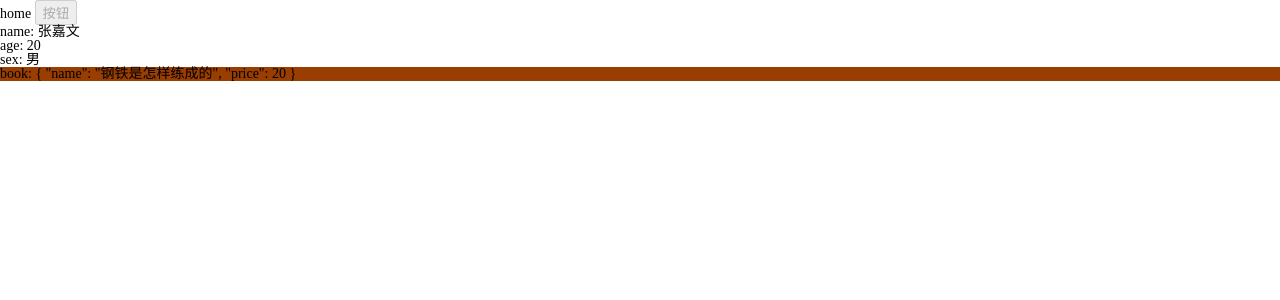
Repository: 596178924/vue3-ts-app
Page: /
An editor plug-in stored every save of this project. The page is shown before and after the next save, followed by the edit.
The browser window is 1280 px wide. The pictures show the whole page.
The project was rebuilt for these pictures with package versions that can differ from the ones it lists, and the page was loaded fresh each time. Also part of the build but not shown: vite.config.ts.

Above is the page before, as saved 2022-11-09 16:29:55.

### index.html
<!DOCTYPE html>
<html lang="zh">

<head>
  <meta charset="UTF-8" />
  <link rel="icon" type="image/svg+xml" href="/vite.svg" />
  <meta name="viewport" content="width=device-width, initial-scale=1.0" />
  <title>
    ts
  </title>
</head>

<body>
  <noscript>
    <strong>We're sorry but this doesn't work properly without JavaScript enabled.
        Please enable it to continue.</strong>
  </noscript>
  <div id="app"></div>
  <script type="module" src="/src/main.ts"></script>
</body>

</html>

### src/main.ts
import { createApp } from 'vue';
import AppElement from './App.vue'
import pluginInstall from "@/plugins"
import Router from "@/router"

(() => {
    const app = createApp(AppElement);
    app.use(pluginInstall);
    app.use(Router);
    app.mount('#app');
})()

### src/App.vue
<style lang="less">
@import '@/styles/index.less';
</style>

<template>
	<router-view></router-view>
</template>

<script setup lang="ts">
</script>

### src/plugins/index.ts
import { App } from "@vue/runtime-core";
import piniaInstall from "@/store";
export default function install(app: App) {
	app.use(piniaInstall);
}

### src/router/index.ts
import { createRouter, createWebHistory } from 'vue-router';
import routes from "./routes"
const router = createRouter({
    history: createWebHistory(),
    routes,
});

export default router;

### src/styles/index.less
@import './resetCss.less';

### src/styles/resetCss.less
/* http://meyerweb.com/eric/tools/css/reset/
   v2.0 | 20110126
   License: none (public domain)
*/
html, body, div, span, applet, object, iframe,
h1, h2, h3, h4, h5, h6, p, blockquote, pre,
a, abbr, acronym, address, big, cite, code,
del, dfn, em, img, ins, kbd, q, s, samp,
small, strike, strong, sub, sup, tt, var,
b, u, i, center,
dl, dt, dd, ol, ul, li,
fieldset, form, label, legend,
table, caption, tbody, tfoot, thead, tr, th, td,
article, aside, canvas, details, embed,
figure, figcaption, footer, header, hgroup,
menu, nav, output, ruby, section, summary,
time, mark, audio, video {
	margin: 0;
	padding: 0;
	border: 0;
	font: inherit;
	vertical-align: baseline;
}
/* HTML5 display-role reset for older browsers */
article, aside, details, figcaption, figure,
footer, header, hgroup, menu, nav, section {
	display: block;
}
body {
	line-height: 1;
	font-size: 14px;
}
ol, ul {
	list-style: none;
}
blockquote, q {
	quotes: none;
}
blockquote:before, blockquote:after,
q:before, q:after {
	content: '';
	content: none;
}
table {
	border-collapse: collapse;
	border-spacing: 0;
}

### src/store/index.ts
import { createPinia } from 'pinia'
// import piniaPluginPersist from 'pinia-plugin-persist'
const store = createPinia()
// store.use(piniaPluginPersist)
export default store

### src/router/routes.ts
import {  RouteRecordRaw } from 'vue-router';

const routes: Array<RouteRecordRaw> = [
    {
        path: '/',
        name: 'Home',
        component: ()=> import('@v/home/index.vue'),
    }
]

export default routes

### src/views/home/index.vue
<template>
	<div>
		home
		<button disabled>按钮</button>
		<p>name: {{ name }}</p>
		<p>age: {{ age }}</p>
		<p>sex: {{ sex }}</p>
		<p class="test">book: {{ book }}</p>
	</div>
</template>

<script setup lang="ts">
import { ref, Ref } from "@vue/reactivity";
interface Book {
	name: String;
	price: Number;
}
const name: Ref<String> = ref("张嘉文");
const age = ref<Number>(20);
const sex = ref("男") as Ref<String>;
const book = ref<Book>({
	name: "钢铁是怎样练成的",
	price: 20,
});
</script>

<style lang="less" scoped>
// @selectors: blue, green, red;

// each(@selectors, {
//   .color-@{value} {
//     color: @value;
//   }
// });
.test {
	background-color: multiply(#ff6600, #999999);
}
</style>

After the next save:
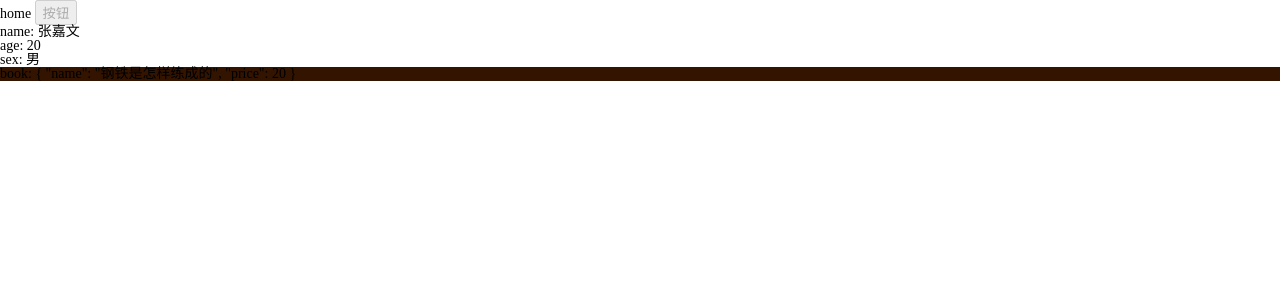
Saved 4 s later.
--- a/src/views/home/index.vue
+++ b/src/views/home/index.vue
@@ -33,6 +33,6 @@ const book = ref<Book>({
 //   }
 // });
 .test {
-	background-color: multiply(#ff6600, #999999);
+	background-color: multiply(#ff6600, #333);
 }
 </style>
